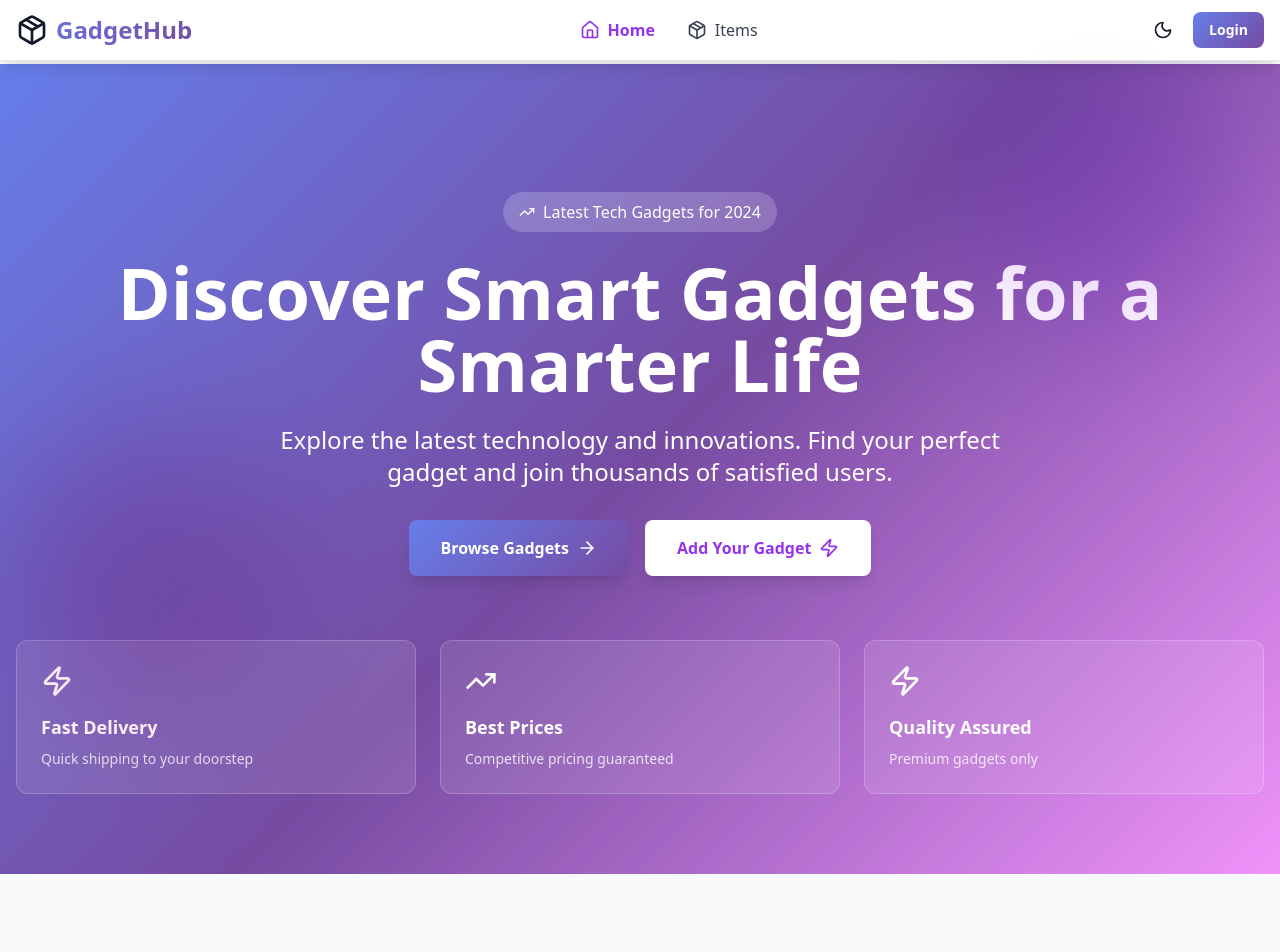
Repository: rajes124/Gadget-Next-js
Page: /
The author's editor kept a copy of each file at every save. The page is drawn from the files as they stood at one save, then again after the next save.
The browser window is 1280 px wide. The pictures show the part of the page from y = 0 to 952 px (the page is 4577 px tall before and 4609 px after).
The page's requests for data from a server got no answer. The project was rebuilt for these pictures with package versions that can differ from the ones it lists, and the page was loaded fresh each time. The framework's server and built-in components were replaced by stand-ins that run in the browser. No one was signed in, and anything a server would have sent is missing. Also part of the build but not shown: next.config.js.

Above is the page before, as saved 2026-01-18 12:49:14.

### app/layout.tsx
import type { Metadata } from "next";
import Navbar from "@/components/Navbar";
import Footer from "@/components/Footer";
import Providers from "@/components/Providers";
import "./globals.css";

export const metadata: Metadata = {
  title: "GadgetHub - Discover Smart Gadgets",
  description: "Explore the latest technology and innovations. Find your perfect gadget today.",
};

export default function RootLayout({
  children,
}: {
  children: React.ReactNode;
}) {
  return (
    <html lang="en" suppressHydrationWarning>
      <body className="bg-white dark:bg-slate-950 text-gray-900 dark:text-gray-100">
        <Providers>
          <Navbar />
          <main className="min-h-screen pt-16">
            {children}
          </main>
          <Footer />
        </Providers>
      </body>
    </html>
  );
}

### app/page.tsx
import HeroSection from "@/components/sections/HeroSection";
import CategoriesSection from "@/components/sections/CategoriesSection";
import FeaturedSection from "@/components/sections/FeaturedSection";
import WhyChooseSection from "@/components/sections/WhyChooseSection";
import HowItWorksSection from "@/components/sections/HowItWorksSection";
import TestimonialsSection from "@/components/sections/TestimonialsSection";
import CTASection from "@/components/sections/CTASection";

export default function Home() {
  return (
    <>
      <HeroSection />
      <CategoriesSection />
      <FeaturedSection />
      <WhyChooseSection />
      <HowItWorksSection />
      <TestimonialsSection />
      <CTASection />
    </>
  );
}

### components/Providers.tsx
'use client';

import { Toaster } from 'react-hot-toast';
import { ThemeProvider } from 'next-themes';

export default function Providers({ children }: { children: React.ReactNode }) {
  return (
    <ThemeProvider attribute="class" defaultTheme="light" enableSystem>
      {children}
      <Toaster position="top-right" />
    </ThemeProvider>
  );
}

### components/sections/HeroSection.tsx
'use client';

import Link from 'next/link';
import { ArrowRight, Zap, TrendingUp } from 'lucide-react';

export default function HeroSection() {
  return (
    <section className="pt-32 pb-20 px-4 gradient-bg text-white overflow-hidden">
      <div className="max-w-7xl mx-auto">
        <div className="text-center mb-12 animate-fade-in">
          <div className="inline-block mb-6 px-4 py-2 bg-white bg-opacity-20 rounded-full backdrop-blur-sm">
            <span className="flex items-center gap-2 text-sm md:text-base">
              <TrendingUp className="w-4 h-4" />
              <span>Latest Tech Gadgets for 2024</span>
            </span>
          </div>
          <h1 className="text-5xl md:text-7xl font-bold mb-6 leading-tight animate-slide-in-down">
            Discover Smart Gadgets for a Smarter Life
          </h1>
          <p className="text-lg md:text-2xl mb-8 opacity-90 animate-slide-in-up max-w-3xl mx-auto">
            Explore the latest technology and innovations. Find your perfect gadget and join thousands of satisfied users.
          </p>
          <div className="flex flex-col md:flex-row gap-4 justify-center animate-fade-in" style={{ animationDelay: '0.3s' }}>
            <Link href="/items" className="gradient-btn text-white px-8 py-4 rounded-lg font-semibold hover:scale-105 transition-transform duration-300 flex items-center justify-center gap-2 shadow-lg">
              <span>Browse Gadgets</span>
              <ArrowRight className="w-5 h-5" />
            </Link>
            <Link href="/login" className="bg-white text-purple-600 px-8 py-4 rounded-lg font-semibold hover:scale-105 transition-transform duration-300 flex items-center justify-center gap-2 shadow-lg">
              <span>Add Your Gadget</span>
              <Zap className="w-5 h-5" />
            </Link>
          </div>
        </div>

        {/* Feature Cards */}
        <div className="grid md:grid-cols-3 gap-6 mt-16 animate-fade-in" style={{ animationDelay: '0.6s' }}>
          {[
            { icon: Zap, title: 'Fast Delivery', desc: 'Quick shipping to your doorstep' },
            { icon: TrendingUp, title: 'Best Prices', desc: 'Competitive pricing guaranteed' },
            { icon: Zap, title: 'Quality Assured', desc: 'Premium gadgets only' },
          ].map((feature, idx) => {
            const IconComp = feature.icon;
            return (
              <div
                key={idx}
                className="bg-white bg-opacity-10 backdrop-blur-md rounded-xl p-6 border border-white border-opacity-20 hover:bg-opacity-20 transition-all duration-300 transform hover:scale-105"
              >
                <IconComp className="w-8 h-8 mb-4" />
                <h3 className="text-lg font-semibold mb-2">{feature.title}</h3>
                <p className="opacity-80 text-sm">{feature.desc}</p>
              </div>
            );
          })}
        </div>
      </div>

      {/* Decorative Elements */}
      <div className="absolute top-10 right-10 w-72 h-72 bg-purple-400 rounded-full mix-blend-multiply filter blur-3xl opacity-20 animate-pulse"></div>
      <div className="absolute bottom-0 left-0 w-72 h-72 bg-pink-400 rounded-full mix-blend-multiply filter blur-3xl opacity-20 animate-pulse" style={{ animationDelay: '2s' }}></div>
    </section>
  );
}

### components/sections/CategoriesSection.tsx
'use client';

import { Smartphone, Laptop, Watch, Headphones } from 'lucide-react';

export default function CategoriesSection() {
  const categories = [
    {
      name: 'Smartphones',
      icon: Smartphone,
      color: 'from-blue-500 to-cyan-500',
      description: 'Latest phones & devices'
    },
    {
      name: 'Laptops',
      icon: Laptop,
      color: 'from-purple-500 to-pink-500',
      description: 'Powerful computing devices'
    },
    {
      name: 'Wearables',
      icon: Watch,
      color: 'from-green-500 to-emerald-500',
      description: 'Smart watches & bands'
    },
    {
      name: 'Accessories',
      icon: Headphones,
      color: 'from-orange-500 to-red-500',
      description: 'Cables, cases & more'
    },
  ];

  return (
    <section className="py-20 px-4 bg-gray-50 dark:bg-slate-800">
      <div className="max-w-7xl mx-auto">
        <div className="text-center mb-16 animate-fade-in">
          <h2 className="text-4xl font-bold mb-4 gradient-text">Browse by Category</h2>
          <p className="text-gray-600 dark:text-gray-400 text-lg">Find gadgets by type</p>
        </div>
        <div className="grid md:grid-cols-4 gap-6">
          {categories.map((cat, idx) => {
            const IconComp = cat.icon;
            return (
              <div
                key={cat.name}
                className="group glass-effect p-8 rounded-2xl text-center cursor-pointer hover:scale-110 hover:shadow-2xl transition-all duration-300 transform animate-slide-in-up"
                style={{ animationDelay: `${idx * 0.1}s` }}
              >
                <div className={`inline-flex items-center justify-center w-20 h-20 rounded-full bg-gradient-to-r ${cat.color} mb-4 group-hover:shadow-lg transition-all`}>
                  <IconComp className="w-10 h-10 text-white" />
                </div>
                <h3 className="text-xl font-semibold text-gray-800 dark:text-white mb-2 group-hover:text-transparent group-hover:bg-clip-text group-hover:bg-gradient-to-r group-hover:from-purple-500 group-hover:to-pink-500 transition-all">
                  {cat.name}
                </h3>
                <p className="text-gray-600 dark:text-gray-400 text-sm">{cat.description}</p>
              </div>
            );
          })}
        </div>
      </div>
    </section>
  );
}

### components/sections/WhyChooseSection.tsx
'use client';

import { Lock, CheckCircle, Zap, Palette } from 'lucide-react';

export default function WhyChooseSection() {
  const reasons = [
    { icon: Lock, title: 'Secure Login', description: 'Protected user authentication', color: 'text-blue-600 dark:text-blue-400' },
    { icon: CheckCircle, title: 'Verified Products', description: 'Quality guaranteed gadgets', color: 'text-green-600 dark:text-green-400' },
    { icon: Zap, title: 'Fast Delivery', description: 'Quick and reliable shipping', color: 'text-yellow-600 dark:text-yellow-400' },
    { icon: Palette, title: 'Modern UI', description: 'Beautiful, responsive design', color: 'text-purple-600 dark:text-purple-400' },
  ];

  return (
    <section className="py-20 px-4 bg-gray-50 dark:bg-slate-800">
      <div className="max-w-7xl mx-auto">
        <div className="text-center mb-16 animate-fade-in">
          <h2 className="text-4xl font-bold mb-4 gradient-text">Why Choose GadgetHub?</h2>
          <p className="text-gray-600 dark:text-gray-400 text-lg">Everything you need for the best experience</p>
        </div>
        <div className="grid md:grid-cols-4 gap-6">
          {reasons.map((reason, idx) => {
            const IconComp = reason.icon;
            return (
              <div
                key={reason.title}
                className="text-center p-6 bg-white dark:bg-slate-700 rounded-xl shadow-md hover:shadow-xl transition-all duration-300 transform hover:scale-105 animate-slide-in-up"
                style={{ animationDelay: `${idx * 0.1}s` }}
              >
                <div className={`w-16 h-16 rounded-full bg-gray-100 dark:bg-gray-600 flex items-center justify-center mx-auto mb-4 ${reason.color}`}>
                  <IconComp className="w-8 h-8" />
                </div>
                <h3 className="text-xl font-bold text-gray-800 dark:text-white mb-2">{reason.title}</h3>
                <p className="text-gray-600 dark:text-gray-400 text-sm">{reason.description}</p>
              </div>
            );
          })}
        </div>
      </div>
    </section>
  );
}

### components/sections/HowItWorksSection.tsx
'use client';

import { LogIn, Package, Eye, Plus, ArrowRight } from 'lucide-react';

export default function HowItWorksSection() {
  const steps = [
    { number: 1, icon: LogIn, title: 'Login', description: 'Create your account or sign in' },
    { number: 2, icon: Package, title: 'Browse Items', description: 'Explore our gadget collection' },
    { number: 3, icon: Eye, title: 'View Details', description: 'Check product specifications' },
    { number: 4, icon: Plus, title: 'Add New Gadget', description: 'Contribute to our catalog' },
  ];

  return (
    <section className="py-20 px-4 bg-white dark:bg-slate-900 relative overflow-hidden">
      <div className="max-w-7xl mx-auto">
        <div className="text-center mb-16 animate-fade-in">
          <h2 className="text-4xl font-bold mb-4 gradient-text">How It Works</h2>
          <p className="text-gray-600 dark:text-gray-400 text-lg">Simple steps to get started</p>
        </div>
        <div className="grid md:grid-cols-4 gap-8">
          {steps.map((step, idx) => {
            const IconComp = step.icon;
            return (
              <div key={step.number} className="relative text-center group animate-slide-in-up" style={{ animationDelay: `${idx * 0.1}s` }}>
                <div className="flex justify-center mb-6">
                  <div className="gradient-bg w-20 h-20 rounded-full flex items-center justify-center text-white shadow-lg group-hover:shadow-2xl transition-all group-hover:scale-110 duration-300">
                    <IconComp className="w-10 h-10" />
                  </div>
                </div>
                <h3 className="text-xl font-bold text-gray-800 dark:text-white mb-2">{step.title}</h3>
                <p className="text-gray-600 dark:text-gray-400 text-sm">{step.description}</p>

                {/* Connecting Arrow */}
                {step.number < 4 && (
                  <div className="hidden md:flex absolute top-10 -right-4 items-center justify-center">
                    <ArrowRight className="w-6 h-6 text-purple-500" />
                  </div>
                )}
              </div>
            );
          })}
        </div>
      </div>

      {/* Decorative elements */}
      <div className="absolute top-0 right-0 w-96 h-96 bg-purple-200 dark:bg-purple-900 rounded-full mix-blend-multiply filter blur-3xl opacity-10 animate-pulse"></div>
    </section>
  );
}

### components/sections/CTASection.tsx
'use client';

import Link from 'next/link';
import { ArrowRight, Zap, Package } from 'lucide-react';

export default function CTASection() {
  return (
    <section className="gradient-bg py-20 px-4 text-white relative overflow-hidden">
      <div className="max-w-4xl mx-auto text-center">
        <div className="inline-block mb-6 px-4 py-2 bg-white bg-opacity-20 rounded-full backdrop-blur-sm animate-fade-in">
          <span className="flex items-center gap-2 text-sm md:text-base">
            <Zap className="w-4 h-4" />
            <span>Limited Time Offer</span>
          </span>
        </div>
        <h2 className="text-4xl md:text-5xl font-bold mb-6 leading-tight animate-slide-in-down">
          Ready to Explore the Future of Tech?
        </h2>
        <p className="text-lg md:text-xl mb-8 opacity-90 max-w-2xl mx-auto animate-slide-in-up">
          Join thousands of tech enthusiasts discovering the latest gadgets every day.
        </p>
        <div className="flex flex-col md:flex-row gap-4 justify-center animate-fade-in" style={{ animationDelay: '0.3s' }}>
          <Link href="/login" className="bg-white text-purple-600 px-8 py-4 rounded-lg font-bold text-lg hover:scale-105 transition-transform duration-300 flex items-center justify-center gap-2 shadow-lg">
            <span>Get Started</span>
            <ArrowRight className="w-5 h-5" />
          </Link>
          <Link href="/items" className="border-2 border-white text-white px-8 py-4 rounded-lg font-bold text-lg hover:bg-white hover:bg-opacity-10 transition-all duration-300 flex items-center justify-center gap-2">
            <Package className="w-5 h-5" />
            <span>View Items</span>
          </Link>
        </div>
      </div>

      {/* Decorative Elements */}
      <div className="absolute top-0 left-0 w-96 h-96 bg-white rounded-full mix-blend-multiply filter blur-3xl opacity-10 animate-pulse"></div>
      <div className="absolute bottom-0 right-0 w-96 h-96 bg-purple-200 rounded-full mix-blend-multiply filter blur-3xl opacity-10 animate-pulse" style={{ animationDelay: '2s' }}></div>
    </section>
  );
}

### lib/firebase.ts
import { initializeApp } from "firebase/app";
import { getAuth } from "firebase/auth";
import { getFirestore } from "firebase/firestore";

const firebaseConfig = {
  apiKey: "AIzaSyDvBJhLa10oqdlcbmkKFgUltEKyrTwjIMk",
  authDomain: "techgad-get.firebaseapp.com",
  projectId: "techgad-get",
  storageBucket: "techgad-get.firebasestorage.app",
  messagingSenderId: "129611510027",
  appId: "1:129611510027:web:4d41bc17581bfff22e320e",
  measurementId: "G-ZS9JZGP2KL"
};

const app = initializeApp(firebaseConfig);
export const auth = getAuth(app);
export const db = getFirestore(app);

export default app;

### lib/cookies.ts
import Cookies from 'js-cookie';

export const setAuthCookie = (token: string) => {
  Cookies.set('auth_token', token, {
    expires: 7,
    secure: process.env.NODE_ENV === 'production',
    sameSite: 'strict',
  });
};

export const getAuthCookie = () => {
  return Cookies.get('auth_token');
};

export const removeAuthCookie = () => {
  Cookies.remove('auth_token');
};

export const setUserCookie = (user: any) => {
  Cookies.set('user', JSON.stringify(user), {
    expires: 7,
    secure: process.env.NODE_ENV === 'production',
    sameSite: 'strict',
  });
};

export const getUserCookie = () => {
  const user = Cookies.get('user');
  return user ? JSON.parse(user) : null;
};

### tailwind.config.ts
import type { Config } from 'tailwindcss';

const config: Config = {
  content: [
    './app/**/*.{js,ts,jsx,tsx,mdx}',
    './components/**/*.{js,ts,jsx,tsx,mdx}',
  ],
  theme: {
    extend: {
      colors: {
        primary: '#667eea',
        secondary: '#764ba2',
      },
    },
  },
  darkMode: 'class',
  plugins: [],
};
export default config;

Loaded but not shown: components/Navbar.tsx (208 lines, source omitted); components/Footer.tsx (128 lines, source omitted); components/sections/FeaturedSection.tsx (116 lines, source omitted); app/globals.css (178 lines, source omitted); lib/auth.ts (98 lines, source omitted); components/sections/TestimonialsSection.tsx (68 lines, source omitted)

After the next save:
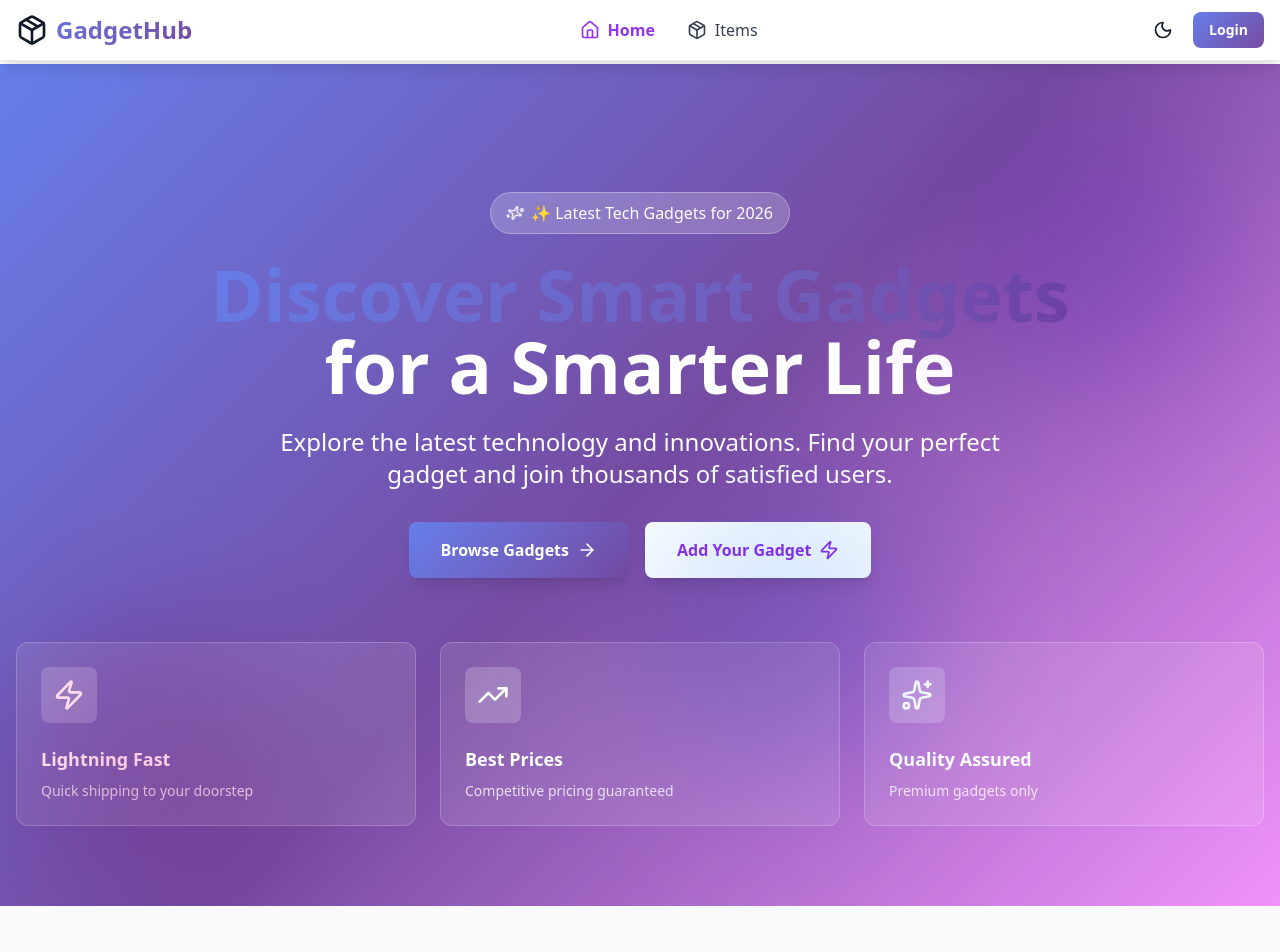
Saved 17 s later.
--- a/components/sections/HeroSection.tsx
+++ b/components/sections/HeroSection.tsx
@@ -1,62 +1,77 @@
 'use client';
 
 import Link from 'next/link';
-import { ArrowRight, Zap, TrendingUp } from 'lucide-react';
+import { ArrowRight, Zap, TrendingUp, Sparkles } from 'lucide-react';
 
 export default function HeroSection() {
   return (
-    <section className="pt-32 pb-20 px-4 gradient-bg text-white overflow-hidden">
+    <section className="pt-32 pb-20 px-4 gradient-bg text-white overflow-hidden relative">
       <div className="max-w-7xl mx-auto">
         <div className="text-center mb-12 animate-fade-in">
-          <div className="inline-block mb-6 px-4 py-2 bg-white bg-opacity-20 rounded-full backdrop-blur-sm">
-            <span className="flex items-center gap-2 text-sm md:text-base">
-              <TrendingUp className="w-4 h-4" />
-              <span>Latest Tech Gadgets for 2024</span>
+          <div className="inline-block mb-6 px-4 py-2 bg-white bg-opacity-20 rounded-full backdrop-blur-sm border border-white border-opacity-30 group hover:bg-opacity-30 transition-all duration-300 cursor-pointer transform hover:scale-105">
+            <span className="flex items-center gap-2 text-sm md:text-base group-hover:animate-pulse">
+              <Sparkles className="w-4 h-4 animate-spin" />
+              <span>✨ Latest Tech Gadgets for 2026</span>
             </span>
           </div>
+
           <h1 className="text-5xl md:text-7xl font-bold mb-6 leading-tight animate-slide-in-down">
-            Discover Smart Gadgets for a Smarter Life
+            <span className="gradient-text">Discover Smart Gadgets</span>
+            <br />
+            <span className="text-white">for a Smarter Life</span>
           </h1>
+
           <p className="text-lg md:text-2xl mb-8 opacity-90 animate-slide-in-up max-w-3xl mx-auto">
             Explore the latest technology and innovations. Find your perfect gadget and join thousands of satisfied users.
           </p>
+
           <div className="flex flex-col md:flex-row gap-4 justify-center animate-fade-in" style={{ animationDelay: '0.3s' }}>
-            <Link href="/items" className="gradient-btn text-white px-8 py-4 rounded-lg font-semibold hover:scale-105 transition-transform duration-300 flex items-center justify-center gap-2 shadow-lg">
+            <Link
+              href="/items"
+              className="gradient-btn text-white px-8 py-4 rounded-lg font-semibold hover:scale-110 transition-all duration-300 flex items-center justify-center gap-2 shadow-lg hover:shadow-2xl transform hover:-translate-y-1"
+            >
               <span>Browse Gadgets</span>
-              <ArrowRight className="w-5 h-5" />
+              <ArrowRight className="w-5 h-5 group-hover:translate-x-1 transition-transform" />
             </Link>
-            <Link href="/login" className="bg-white text-purple-600 px-8 py-4 rounded-lg font-semibold hover:scale-105 transition-transform duration-300 flex items-center justify-center gap-2 shadow-lg">
+            <Link
+              href="/login"
+              className="bg-white text-purple-600 px-8 py-4 rounded-lg font-semibold hover:scale-110 transition-all duration-300 flex items-center justify-center gap-2 shadow-lg hover:shadow-2xl transform hover:-translate-y-1 hover:bg-gray-100"
+            >
               <span>Add Your Gadget</span>
               <Zap className="w-5 h-5" />
             </Link>
           </div>
         </div>
 
-        {/* Feature Cards */}
+        {/* Feature Cards with Enhanced Animations */}
         <div className="grid md:grid-cols-3 gap-6 mt-16 animate-fade-in" style={{ animationDelay: '0.6s' }}>
           {[
-            { icon: Zap, title: 'Fast Delivery', desc: 'Quick shipping to your doorstep' },
+            { icon: Zap, title: 'Lightning Fast', desc: 'Quick shipping to your doorstep' },
             { icon: TrendingUp, title: 'Best Prices', desc: 'Competitive pricing guaranteed' },
-            { icon: Zap, title: 'Quality Assured', desc: 'Premium gadgets only' },
+            { icon: Sparkles, title: 'Quality Assured', desc: 'Premium gadgets only' },
           ].map((feature, idx) => {
             const IconComp = feature.icon;
             return (
               <div
                 key={idx}
-                className="bg-white bg-opacity-10 backdrop-blur-md rounded-xl p-6 border border-white border-opacity-20 hover:bg-opacity-20 transition-all duration-300 transform hover:scale-105"
+                className="bg-white bg-opacity-10 backdrop-blur-md rounded-xl p-6 border border-white border-opacity-20 hover:bg-opacity-20 transition-all duration-300 transform hover:scale-110 hover:-translate-y-2 cursor-pointer group animate-slide-in-up"
+                style={{ animationDelay: `${0.7 + idx * 0.1}s` }}
               >
-                <IconComp className="w-8 h-8 mb-4" />
-                <h3 className="text-lg font-semibold mb-2">{feature.title}</h3>
-                <p className="opacity-80 text-sm">{feature.desc}</p>
+                <div className="mb-4 inline-block p-3 bg-white bg-opacity-20 rounded-lg group-hover:bg-opacity-40 transition-all duration-300 transform group-hover:scale-125">
+                  <IconComp className="w-8 h-8 group-hover:rotate-12 transition-transform duration-300" />
+                </div>
+                <h3 className="text-lg font-semibold mb-2 group-hover:text-yellow-200 transition-colors duration-300">{feature.title}</h3>
+                <p className="opacity-80 text-sm group-hover:opacity-100 transition-opacity duration-300">{feature.desc}</p>
               </div>
             );
           })}
         </div>
       </div>
 
-      {/* Decorative Elements */}
+      {/* Enhanced Decorative Elements */}
       <div className="absolute top-10 right-10 w-72 h-72 bg-purple-400 rounded-full mix-blend-multiply filter blur-3xl opacity-20 animate-pulse"></div>
       <div className="absolute bottom-0 left-0 w-72 h-72 bg-pink-400 rounded-full mix-blend-multiply filter blur-3xl opacity-20 animate-pulse" style={{ animationDelay: '2s' }}></div>
+      <div className="absolute top-1/2 left-1/2 w-72 h-72 bg-blue-400 rounded-full mix-blend-multiply filter blur-3xl opacity-10 animate-pulse" style={{ animationDelay: '1s' }}></div>
     </section>
   );
 }
